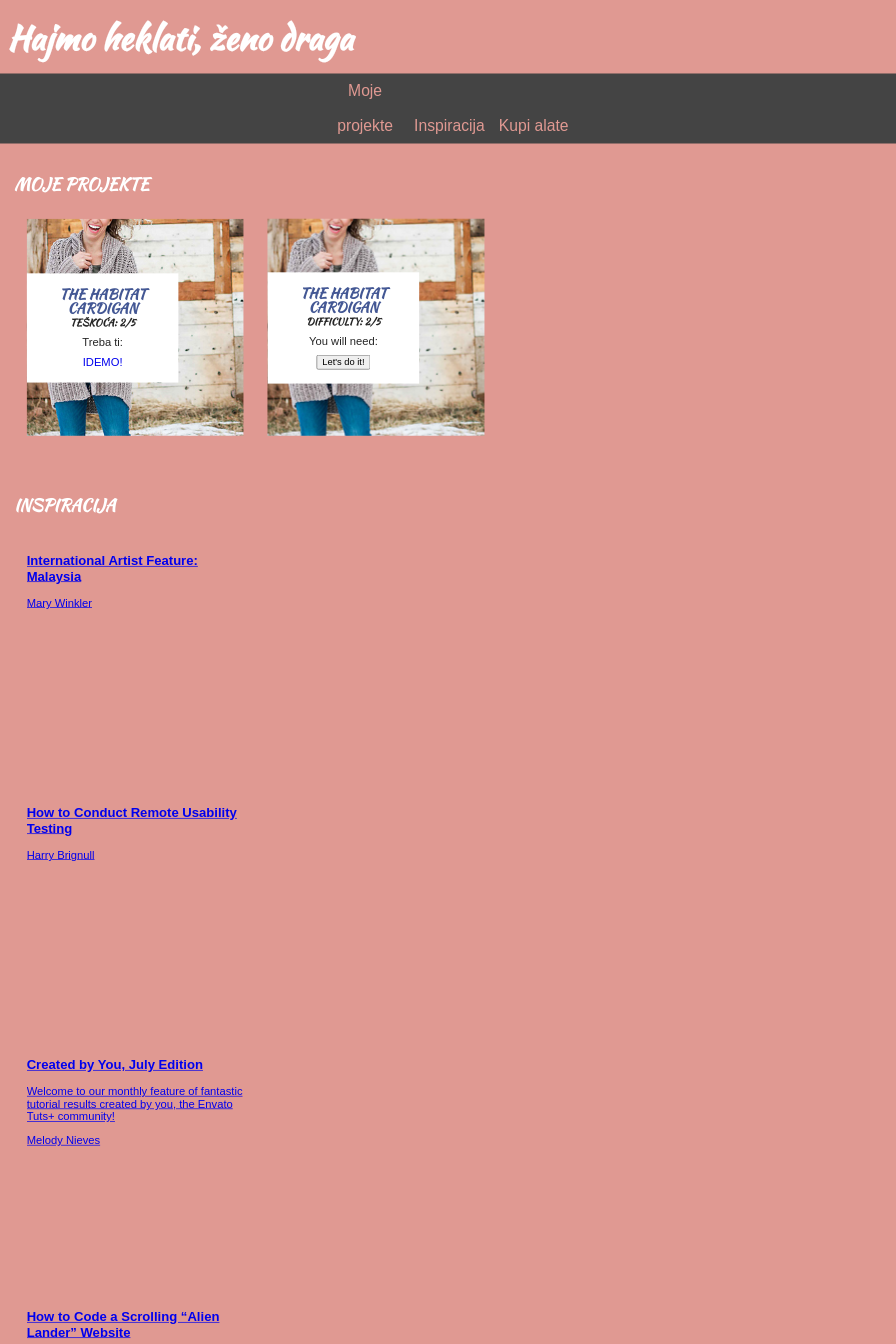
Repository: sdnc/Heklamo
Page: index.html
These files come from the project's save history. The page is drawn as it stood at one moment and after the next save; the edit follows.
The browser window is 1280 px wide. The pictures show the part of the page from y = 0 to 1920 px (the page is 3323 px tall before and 3388 px after), at 70% of full size.
Pictures or frames that could not be fetched are drawn as grey boxes.

Above is the page before, as saved 2020-12-24 17:00:03.
Console error: ReferenceError: $ is not defined

After the next save:
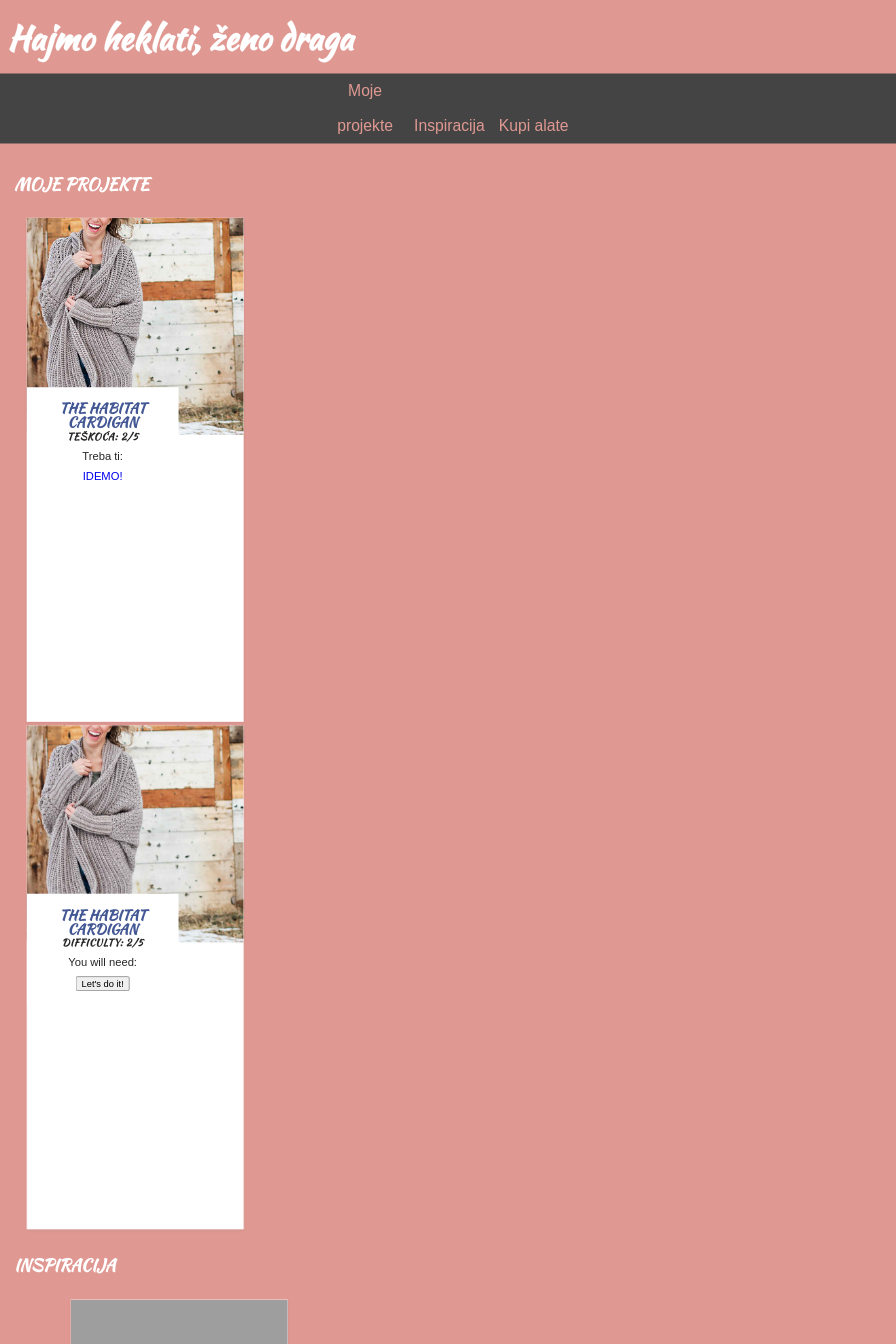
Saved 76 s later.
--- a/styles.css
+++ b/styles.css
@@ -136,3 +136,89 @@ h3 {
 }
 
 /* INPIRATION SECTION */
+
+.band {
+  width: 90%;
+  max-width: 1240px;
+  margin: 0 auto;
+
+  display: grid;
+
+  grid-template-columns: 1fr;
+  grid-template-rows: auto;
+  grid-gap: 20px;
+}
+
+@media (min-width: 30em) {
+    grid-template-columns: 1fr 1fr;
+  }
+
+  @media (min-width: 60em) {
+    grid-template-columns: repeat(4, 1fr);
+  }
+}
+
+.card {
+  background: white;
+  text-decoration: none;
+  color: #444;
+  box-shadow: 0 2px 5px rgba(0,0,0,0.1);
+  display: flex;
+  flex-direction: column;
+  min-height: 100%;
+
+  // sets up hover state
+  position: relative;
+  top: 0;
+  transition: all .1s ease-in;
+
+  &:hover {
+    top: -2px;
+    box-shadow: 0 4px 5px rgba(0,0,0,0.2);
+  }
+
+  article {
+    padding: 20px;
+    flex: 1;
+
+    display: flex;
+    flex-direction: column;
+    justify-content: space-between;
+  }
+
+ .band h1 {
+    font-size: 20px;
+    margin: 0;
+    color: #333;
+  }
+
+ .band p {
+    flex: 1;
+    line-height: 1.4;
+  }
+
+  span {
+    font-size: 12px;
+    font-weight: bold;
+    color: #999;
+    text-transform: uppercase;
+    letter-spacing: .05em;
+    margin: 2em 0 0 0;
+  }
+
+  .thumb {
+    padding-bottom: 60%;
+    background-size: cover;
+    background-position: center center;
+  }
+}
+
+.item-1 {
+  @media (min-width: 60em) {
+    grid-column: 1 / span 2;
+
+    h1 {
+      font-size: 24px;
+    }
+  }
+}

After the save that followed:
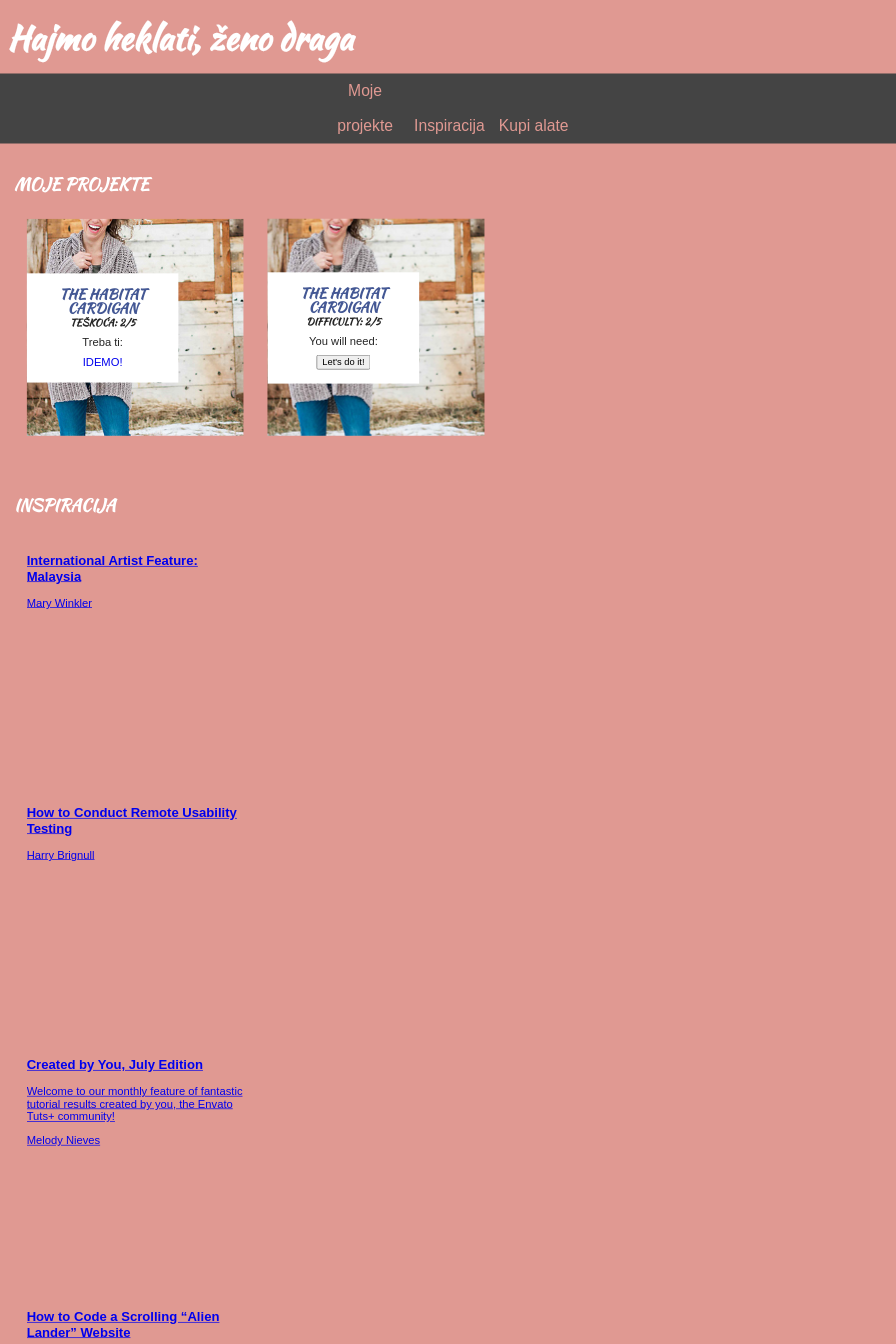
Saved 21 s later.
--- a/styles.css
+++ b/styles.css
@@ -136,89 +136,3 @@ h3 {
 }
 
 /* INPIRATION SECTION */
-
-.band {
-  width: 90%;
-  max-width: 1240px;
-  margin: 0 auto;
-
-  display: grid;
-
-  grid-template-columns: 1fr;
-  grid-template-rows: auto;
-  grid-gap: 20px;
-}
-
-@media (min-width: 30em) {
-    grid-template-columns: 1fr 1fr;
-  }
-
-  @media (min-width: 60em) {
-    grid-template-columns: repeat(4, 1fr);
-  }
-}
-
-.card {
-  background: white;
-  text-decoration: none;
-  color: #444;
-  box-shadow: 0 2px 5px rgba(0,0,0,0.1);
-  display: flex;
-  flex-direction: column;
-  min-height: 100%;
-
-  // sets up hover state
-  position: relative;
-  top: 0;
-  transition: all .1s ease-in;
-
-  &:hover {
-    top: -2px;
-    box-shadow: 0 4px 5px rgba(0,0,0,0.2);
-  }
-
-  article {
-    padding: 20px;
-    flex: 1;
-
-    display: flex;
-    flex-direction: column;
-    justify-content: space-between;
-  }
-
- .band h1 {
-    font-size: 20px;
-    margin: 0;
-    color: #333;
-  }
-
- .band p {
-    flex: 1;
-    line-height: 1.4;
-  }
-
-  span {
-    font-size: 12px;
-    font-weight: bold;
-    color: #999;
-    text-transform: uppercase;
-    letter-spacing: .05em;
-    margin: 2em 0 0 0;
-  }
-
-  .thumb {
-    padding-bottom: 60%;
-    background-size: cover;
-    background-position: center center;
-  }
-}
-
-.item-1 {
-  @media (min-width: 60em) {
-    grid-column: 1 / span 2;
-
-    h1 {
-      font-size: 24px;
-    }
-  }
-}
